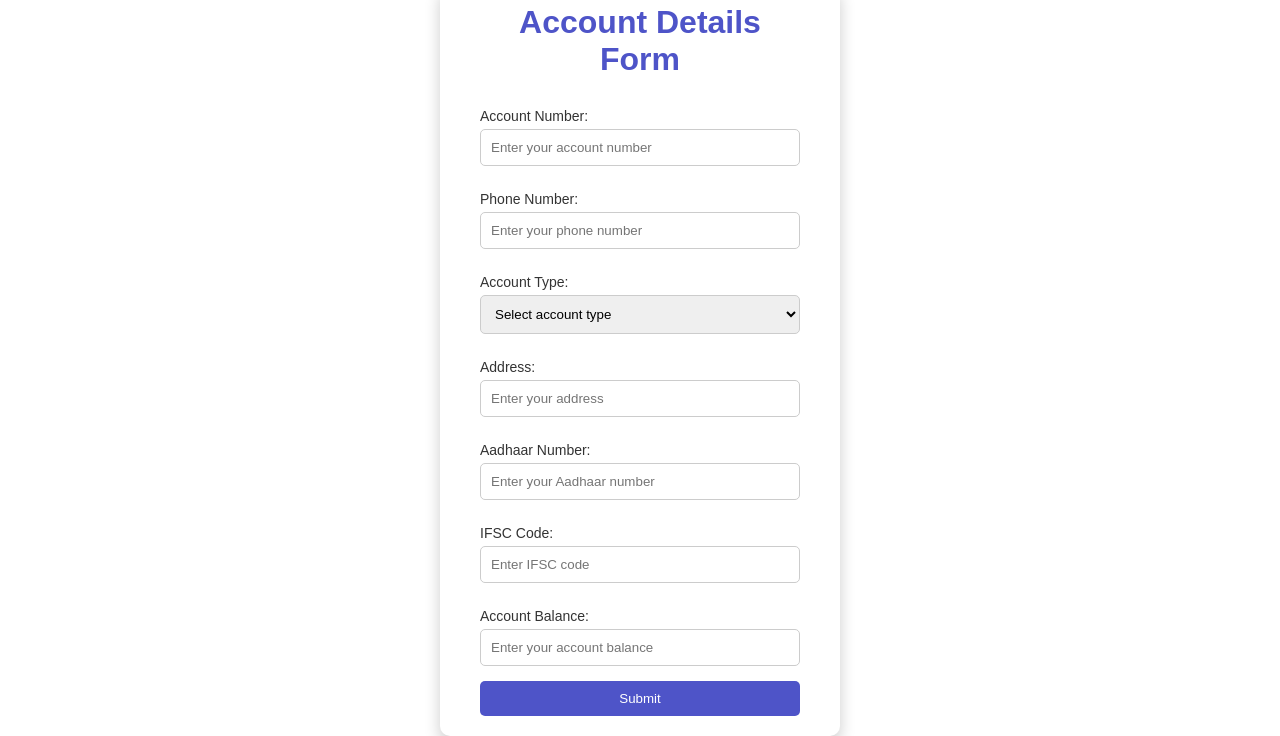
Repository: PeruriNaresh/Bank_Project
Page: http://localhost/bank_project/bankaccount.jsp
These files come from the project's save history. The page is drawn as it stood at one moment and after the next save; the edit follows.
The browser window is 1280 px wide. The pictures show the whole page.
The page is served by Tomcat 9. Other server files are loaded and not shown.

Above is the page before, as saved 2024-10-26 04:02:52.

### bank_project/src/main/webapp/bankaccount.jsp
<%@ page language="java" contentType="text/html; charset=UTF-8"
    pageEncoding="UTF-8"%>
<!DOCTYPE html>
<html>
<head>
<meta charset="UTF-8">
<title>Insert title here</title>
</head>
<style>
* {
    margin: 0;
    padding: 0;
    box-sizing: border-box;
}

body {
    font-family: 'Arial', sans-serif;
    background: linear-gradient(to right, white);
    display: flex;
    justify-content: center;
    align-items: center;
    height: 100vh;
}

.container {
    background-color: white;
    padding: 20px 40px;
    border-radius: 10px;
    box-shadow: 0 8px 16px rgba(0, 0, 0, 0.2);
    max-width: 400px;
    width: 100%;
}

h1 {
    text-align: center;
    margin-bottom: 20px;
    color: #4e54c8;
}

form {
    display: flex;
    flex-direction: column;
}

label {
    font-size: 14px;
    margin: 10px 0 5px;
    color: #333;
}

input, select {
    padding: 10px;
    border-radius: 5px;
    border: 1px solid #ccc;
    margin-bottom: 15px;
    outline: none;
    transition: border 0.3s;
}

input:focus, select:focus {
    border-color: #4e54c8;
}

button {
    padding: 10px;
    background-color: #4e54c8;
    color: white;
    border: none;
    border-radius: 5px;
    cursor: pointer;
    transition: background 0.3s;
}

button:hover {
    background-color: #5c67ed;
}

</style>

<body>
<div class="container">
    <h1>Account Details Form</h1>
    <form action="bankaccount" method="post">
        <label for="accountNumber">Account Number:</label>
        <input type="text" id="accountNumber" name="accountNumber" placeholder="Enter your account number" required>

        <label for="phone">Phone Number:</label>
        <input type="tel" id="phone" name="phone" placeholder="Enter your phone number" required>

        <label for="type">Account Type:</label>
        <select id="type" name="type" required>
            <option value="" disabled selected>Select account type</option>
            <option value="savings">Savings</option>
            <option value="current">Current</option>
            <option value="fixed">Business</option>
        </select>

        <label for="address">Address:</label>
        <input type="text" id="address" name="address" placeholder="Enter your address" required>

        <label for="aadhar">Aadhaar Number:</label>
        <input type="text" id="aadhar" name="aadhar" placeholder="Enter your Aadhaar number" required>

        <label for="ifsc">IFSC Code:</label>
        <input type="text" id="ifsc" name="ifsc" placeholder="Enter IFSC code" required>

        <label for="balance">Account Balance:</label>
        <input type="number" id="balance" name="balance" placeholder="Enter your account balance" required>

        <button type="submit">Submit</button>
    </form>
</div>

</body>
</html>

After the next save:
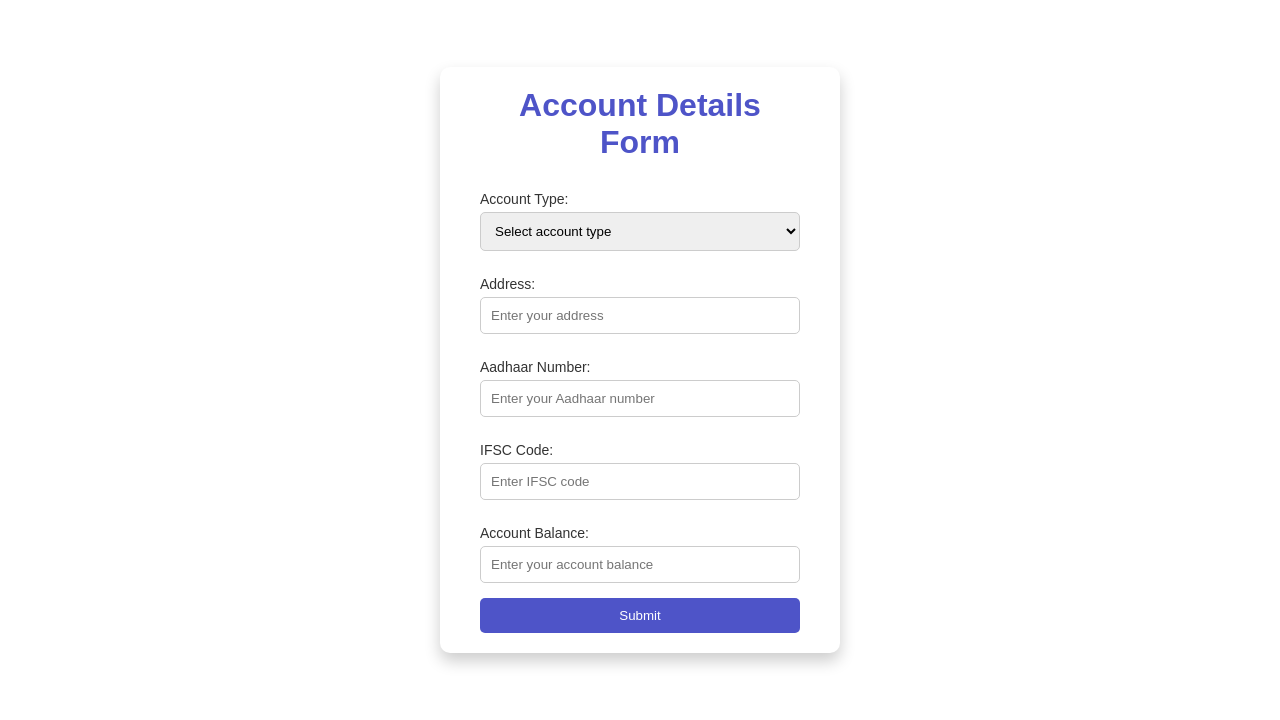
Saved 2 min 12 s later.
--- a/bank_project/src/main/webapp/bankaccount.jsp
+++ b/bank_project/src/main/webapp/bankaccount.jsp
@@ -81,11 +81,6 @@
 <div class="container">
     <h1>Account Details Form</h1>
     <form action="bankaccount" method="post">
-        <label for="accountNumber">Account Number:</label>
-        <input type="text" id="accountNumber" name="accountNumber" placeholder="Enter your account number" required>
-
-        <label for="phone">Phone Number:</label>
-        <input type="tel" id="phone" name="phone" placeholder="Enter your phone number" required>
 
         <label for="type">Account Type:</label>
         <select id="type" name="type" required>
